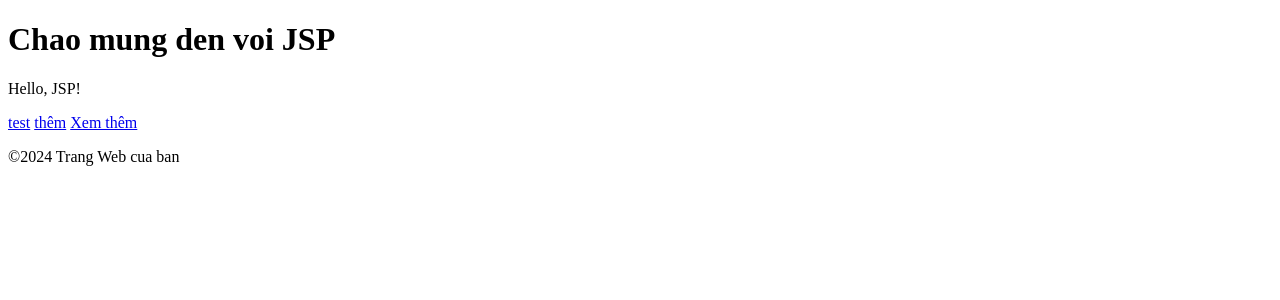
Repository: vuduckhoa/K22CNT2_VuDucKhoa_2210900032_project3
Page: http://localhost/K22CNT2_VuDucKhoa_2210900032_PRJ3/
These files come from the project's save history. The page is drawn as it stood at one moment and after the next save; the edit follows.
The browser window is 1280 px wide. The pictures show the whole page.
The page is served by Tomcat 9.

Above is the page before, as saved 2025-02-28 08:28:36.

After the next save:
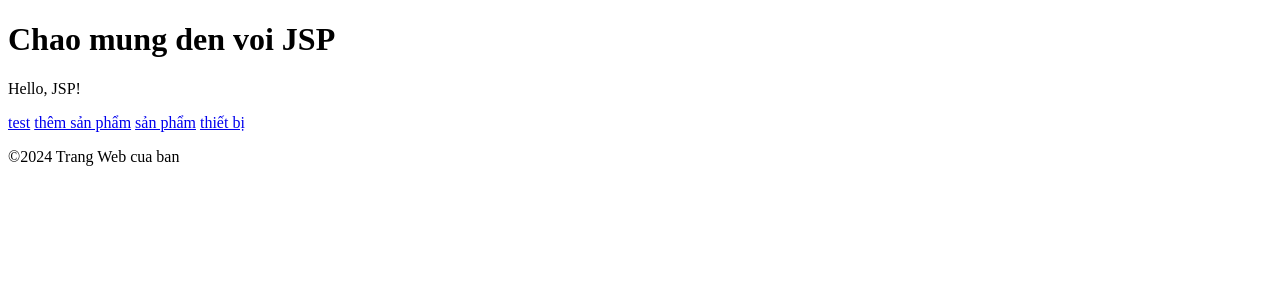
Saved 6 min 34 s later.
--- a/K22CNT2_VuDucKhoa_2210900032_PRJ3/src/main/webapp/index.jsp
+++ b/K22CNT2_VuDucKhoa_2210900032_PRJ3/src/main/webapp/index.jsp
@@ -22,8 +22,10 @@
    %>
    </div>
     <a href="list">test</a>
-   <a href="saveform">thêm</a>
-  <td><a href="viewform" class="view-more-link">Xem thêm</a></td>
+   <a href="saveform">thêm sản phẩm</a>
+  <td><a href="viewform" class="view-more-link">sản phẩm</a></td>
+     <a href="saveform">thiết bị </a>
+
    <div class="footer">
    <p>&copy;2024 Trang Web cua ban </p>
    </div>
